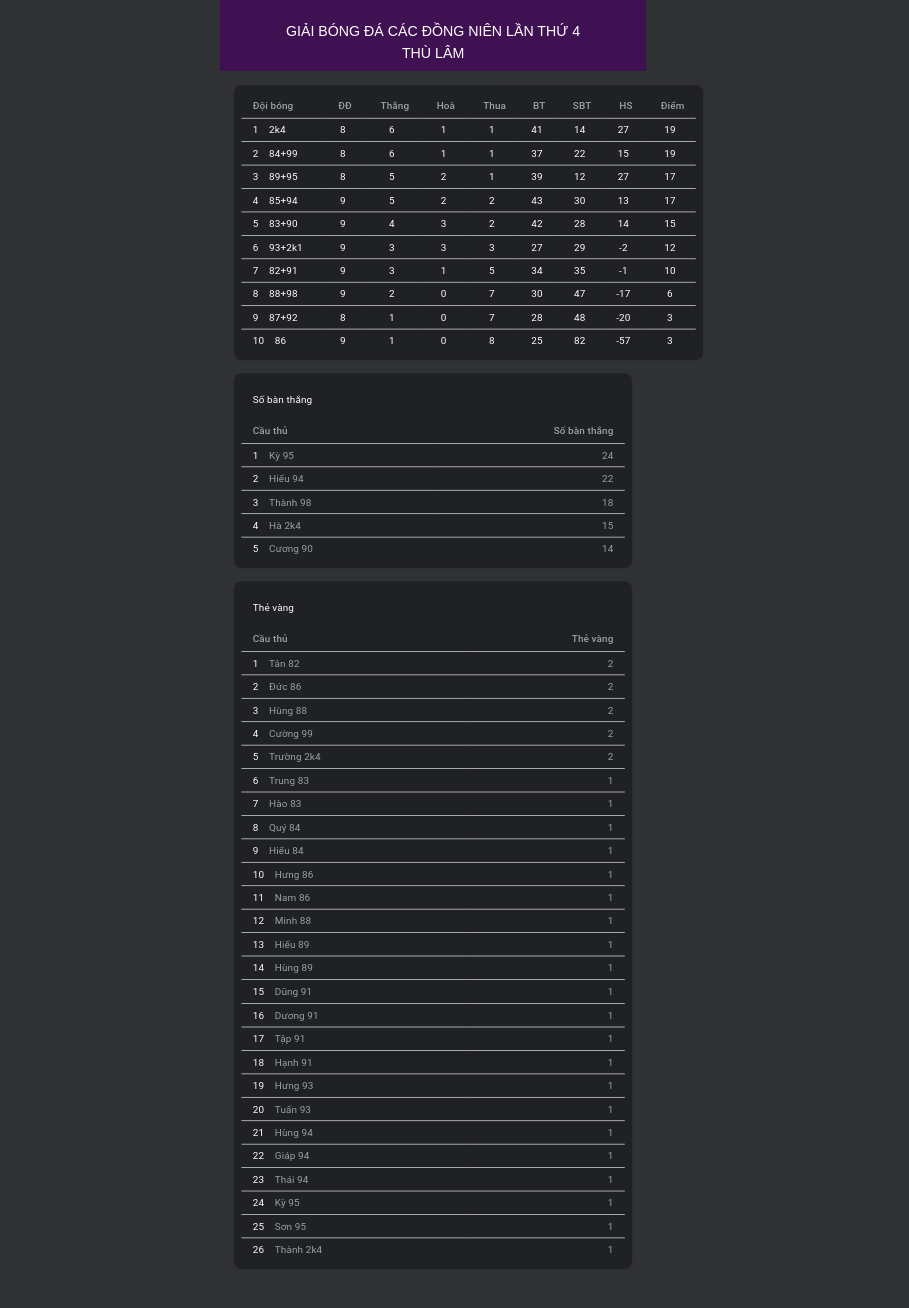
Repository: tuan842001/thulam
Page: /
These files come from the project's save history. The page is drawn as it stood at one moment and after the next save; the edit follows.
The browser window is 1280 px wide. The pictures show the whole page, at 71% of full size.
The project was rebuilt for these pictures with package versions that can differ from the ones it lists, and the page was loaded fresh each time.

Above is the page before, as saved 2022-01-11 16:09:22.

After the next save:
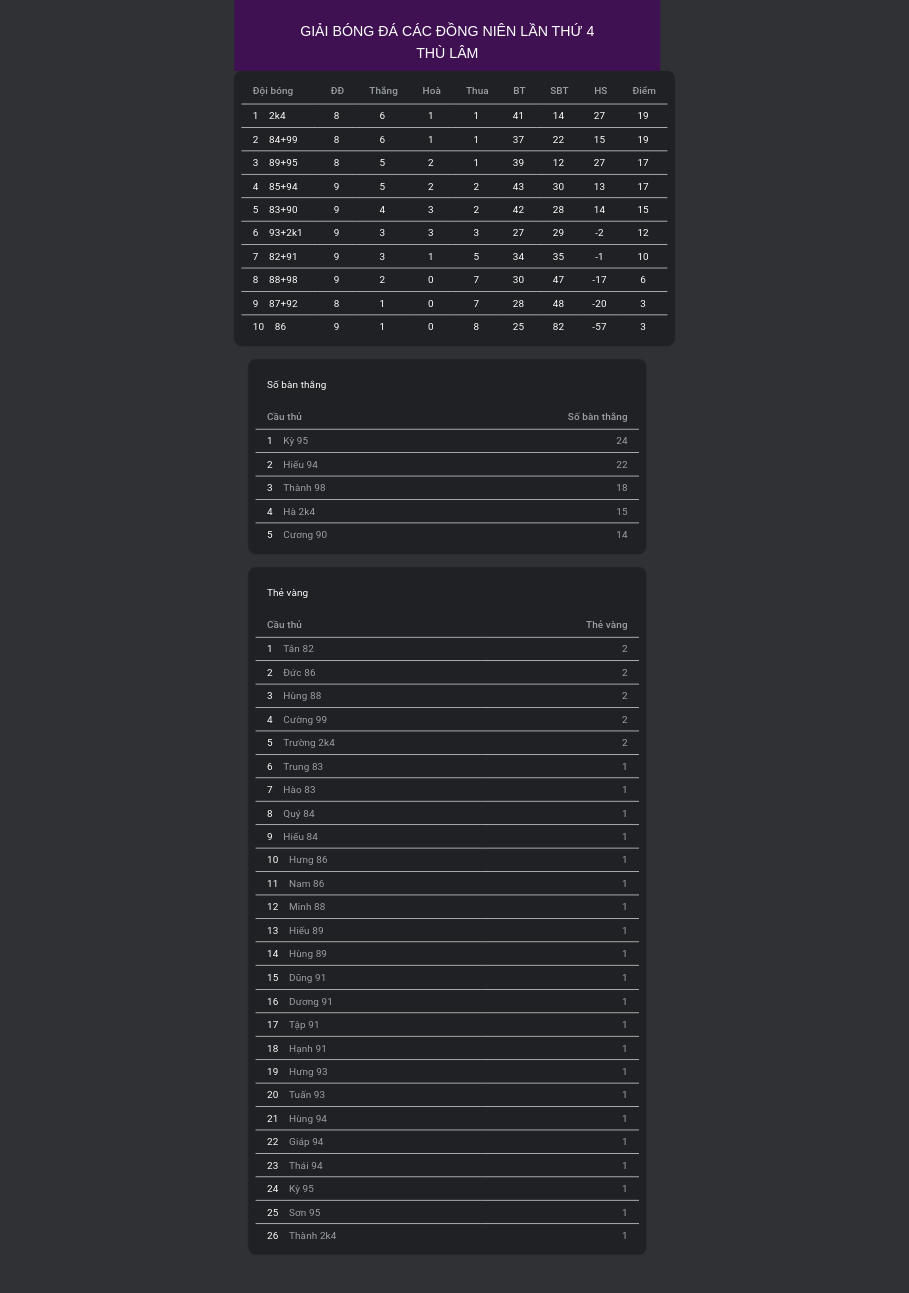
Saved 2 s later.
--- a/src/pages/userList/UserList.jsx
+++ b/src/pages/userList/UserList.jsx
@@ -53,7 +53,7 @@ export default function UserList() {
       style={{
         backgroundColor: "#202124",
         color: "#FFFF",
-        margin: "20px",
+
         // width: "560px",
         borderRadius: "10px",
         padding: "10px",
